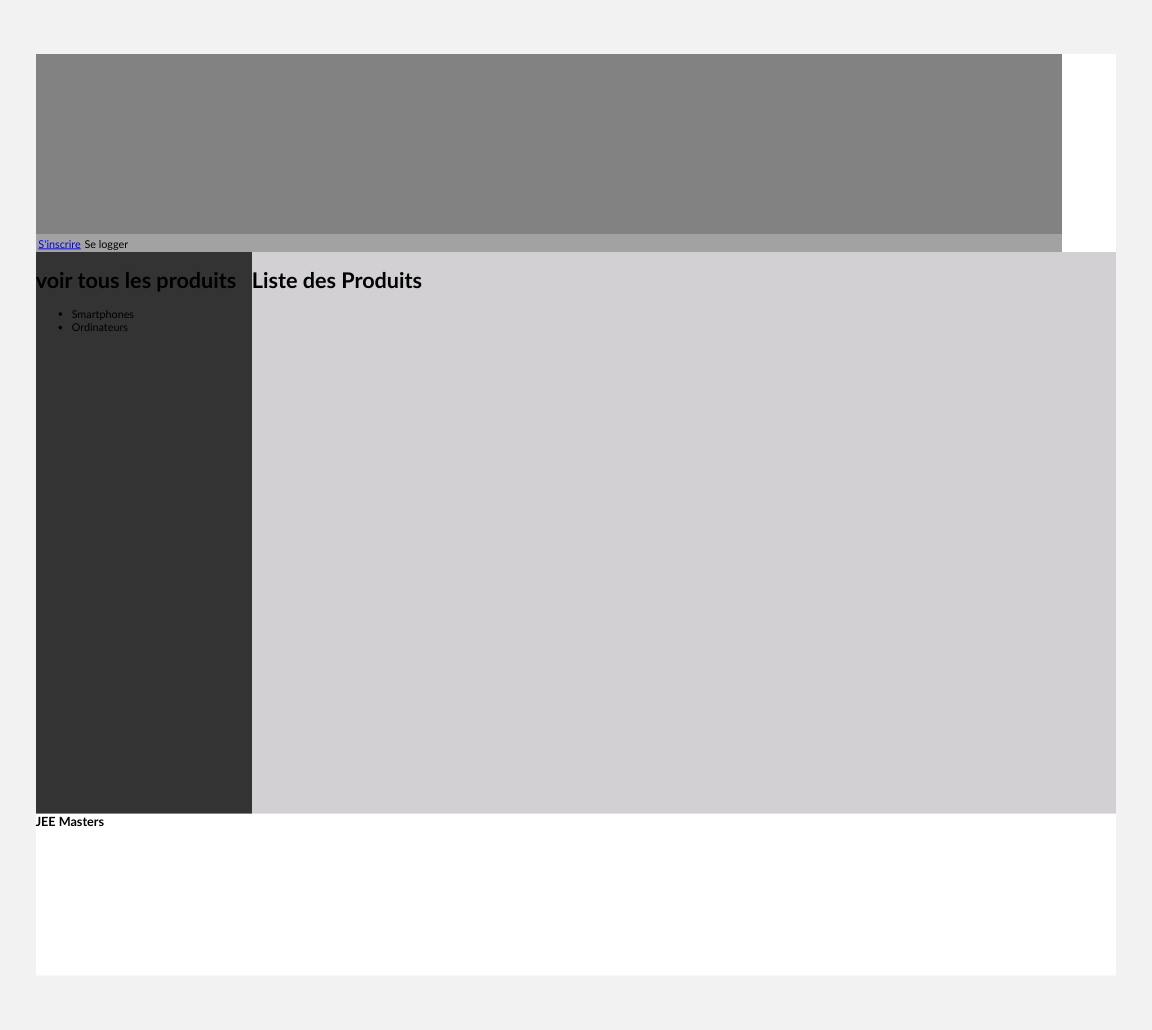
Repository: EBusinesss/Ebusiness
Page: http://localhost/EcomWEB/
An editor plug-in stored every save of this project. The page is shown before and after the next save, followed by the edit.
The browser window is 1280 px wide. The pictures show the whole page, at 90% of full size.
The page is served by Tomcat 9. Nobody is signed in. The application's start-up code is not run. Other server files are loaded and not shown.

Above is the page before, as saved 2014-12-08 20:49:32.

### Workspace/EcomWEB/WebContent/index.jsp
<%@ page language="java" contentType="text/html; charset=ISO-8859-1"
    pageEncoding="ISO-8859-1"%>

<!DOCTYPE html PUBLIC "-//W3C//DTD HTML 4.01 Transitional//EN" "http://www.w3.org/TR/html4/loose.dtd">
<html>
<head>
<link rel="stylesheet" type="text/css" href="./style/style.css" />
<meta http-equiv="Content-Type" content="text/html; charset=ISO-8859-1">
<title>Insert title here</title>
</head>
<body>

<div id="wrapper">

	<div id="header">

	</div>

	<div id="navigation">
	<table>
		<tr>
		<td><a href="Inscription.jsp"> S'inscrire </a></td>
		<td><a onclick="seLogger()"> Se logger </a></td>
		</tr>
	</table>
	</div>

	<div id="menuLateral">
	<h1> <a> voir tous les produits </a> </h1>

	<ul>
		<li> Smartphones</li>
		<li> Ordinateurs</li>
	</ul>
	</div>

	<div id="content">
	<h1>Liste des Produits </h1>


	</div>

	<div id="footers">
	<h3>JEE Masters</h3>
	</div>

<script >
function seLogger()
{

	window.confirm("test test");
	}

</script>


</div>
</body>
</html>

### Workspace/EcomWEB/WebContent/style/style.css
@CHARSET "ISO-8859-1";

body{
	background: #f3f2f3;
	color: #000000;
	font-family: Trebuchet MS, Arial, Times New Roman;
	font-size: 12px;
}


#wrapper {
	background: #FFFFFF;
	margin: 60px auto;
	width: 95%;
	height: 1024px;
}

#navigation {
	background: #a2a2a2;
	width: 95%;
	height: 20px;
}

#menuLateral{
	background: #333333;
	float: left;
	width: 20%;
	height: 624px;
}

#header{
	background: #838283;
	height: 200px;
	width: 95%;
}

#content {
	background: #d2d0d2;
	width: 80%;
	height: 624px;
	float: right;
}

#footer {
	background: #838283;
	height: 180px;
	width: 95%;
}

a{
	cursor: pointer;
}

After the next save:
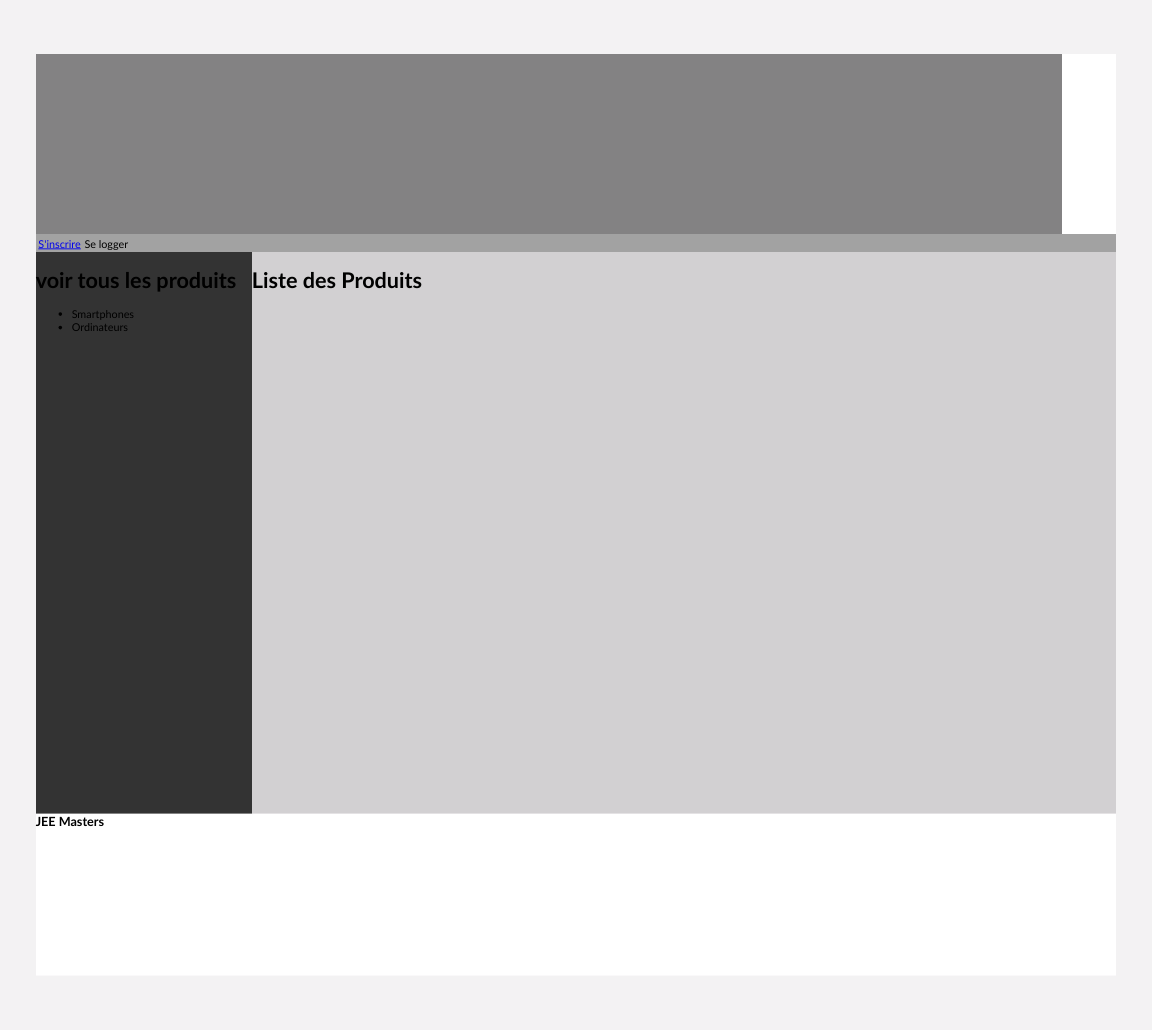
Saved 68 s later.
--- a/Workspace/EcomWEB/WebContent/style/style.css
+++ b/Workspace/EcomWEB/WebContent/style/style.css
@@ -17,7 +17,7 @@ body{
 
 #navigation {
 	background: #a2a2a2;
-	width: 95%;
+	width: 100%;
 	height: 20px;
 }
 
